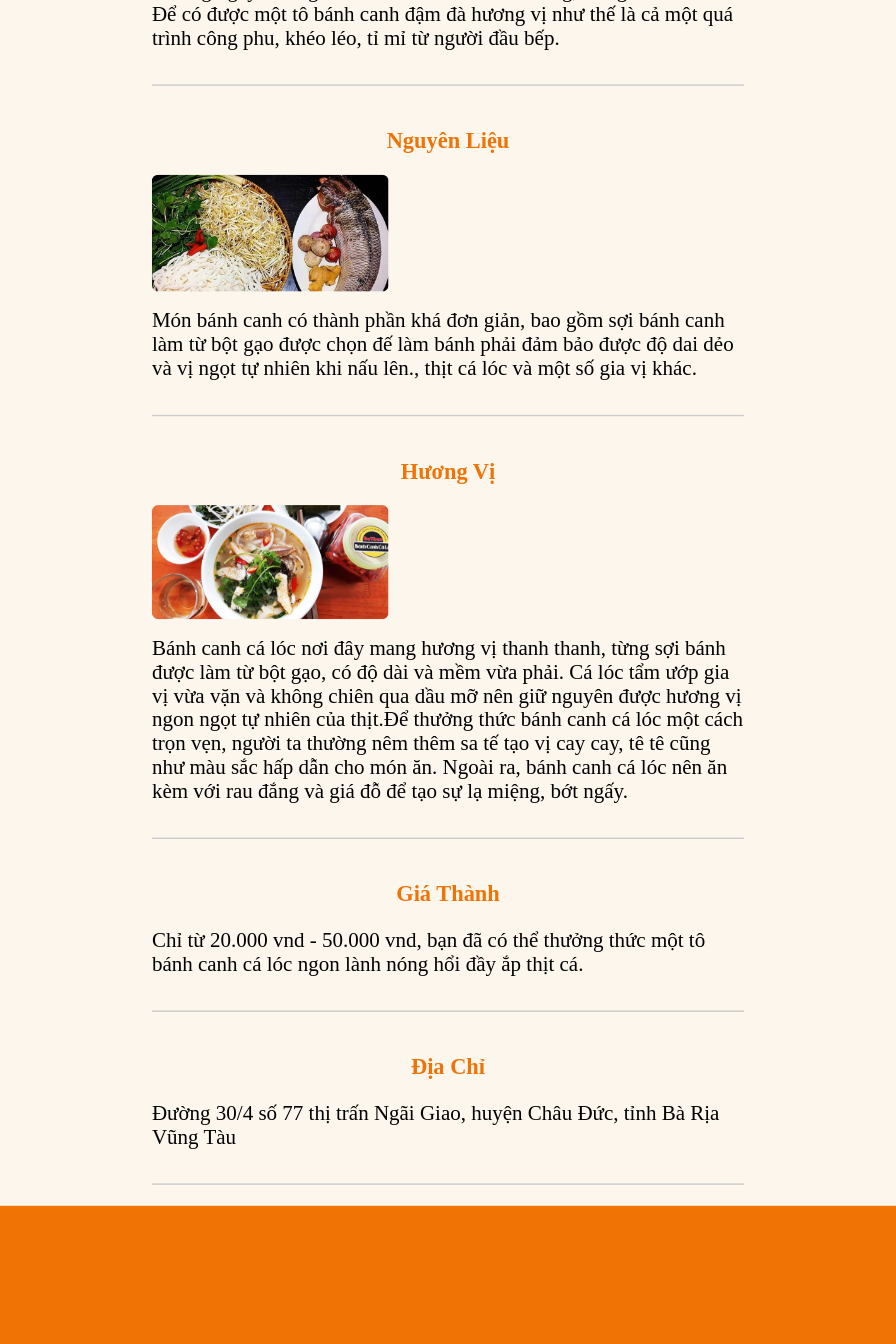
Repository: LeCongTuan2608/AmThuc
Page: public/index.html
An editor plug-in stored every save of this project. The page is shown before and after the next save, followed by the edit.
The browser window is 1280 px wide. The pictures show the part of the page from y = 841 to 2761 px (the page is 2962 px tall before and 3210 px after), at 70% of full size.
Some web fonts or font styles are not loaded; a fallback is used. The style sheet was rebuilt from its Sass, Less or Tailwind sources for each picture, by a compiler version that may differ from the author's.

Above is the page before, as saved 2022-04-15 12:32:34.

After the next save:
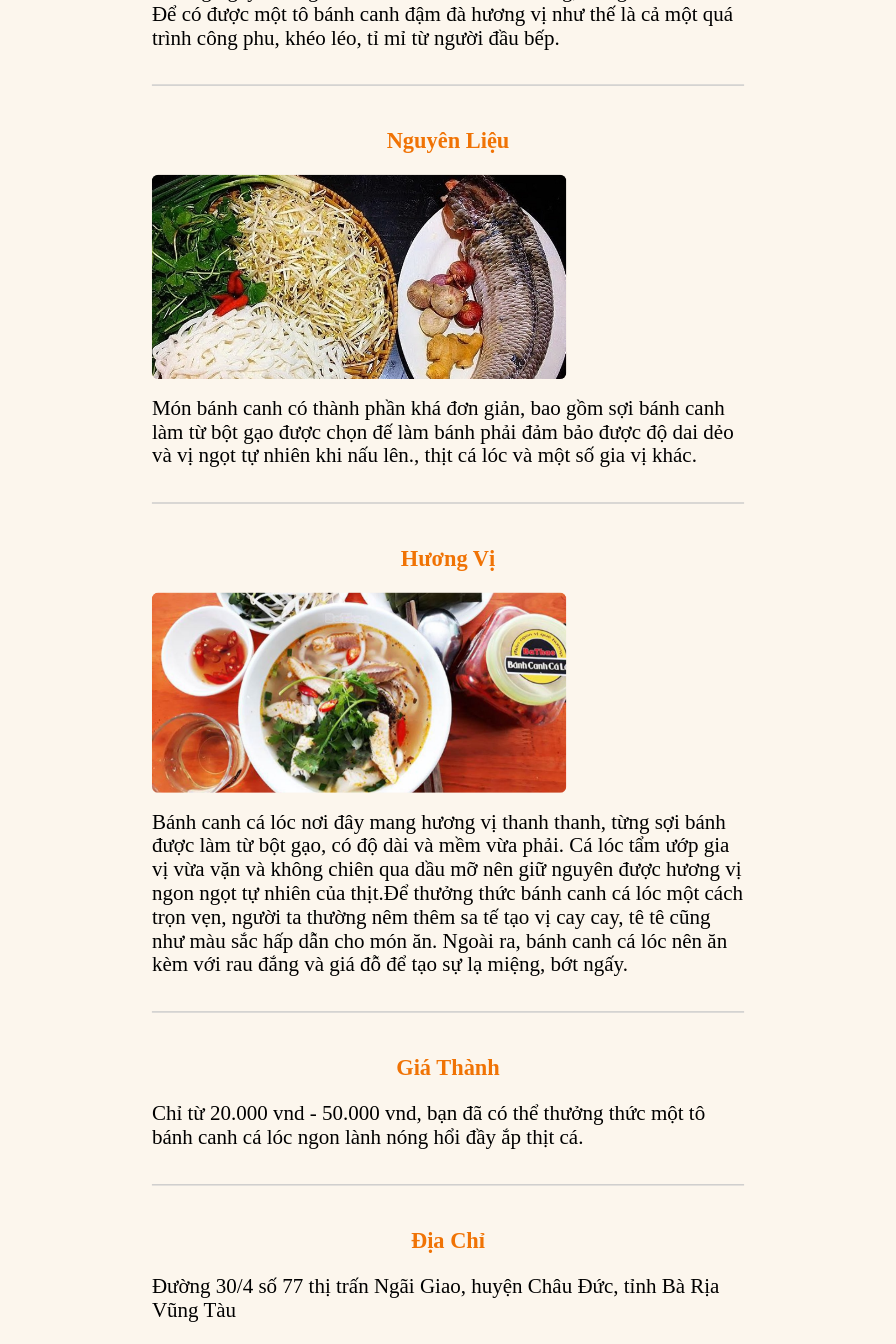
Saved 30 s later.
--- a/sass/index.scss
+++ b/sass/index.scss
@@ -73,7 +73,7 @@ main #container{
     font-family: $words_font;
 }
 .posts img{
-    width: 40%;
+    width: 70%;
     height: 40%;
     background-size: cover;
     border-radius: 9px;
